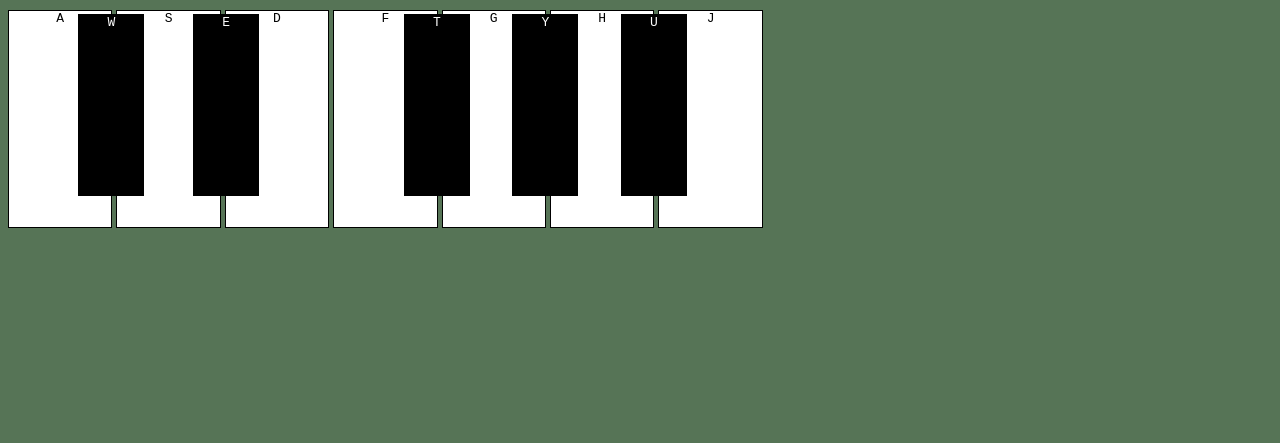
Repository: ctcoleman/Virtual-Piano
Page: index.html
The author's editor kept a copy of each file at every save. The page is drawn from the files as they stood at one save, then again after a run of saves.
The browser window is 1280 px wide. The pictures show the whole page.

Above is the page before, as saved 2020-07-20 09:14:55.

### index.html
<!DOCTYPE html>
<html>

<head>
    <meta charset="utf-8">
    <link type="text/css" rel="stylesheet" href="./index.css">
    <title>Chris's Keyboard Piano</title>
</head>

<body>
    <div class="container">
        <div class="white-keys">
            <kbd class="white-key" id="KeyA">A</kbd>
            <kbd class="white-key" id="KeyS">S</kbd>
            <kbd class="white-key" id="KeyD">D</kbd>
            <kbd class="white-key" id="KeyF">F</kbd>
            <kbd class="white-key" id="KeyG">G</kbd>
            <kbd class="white-key" id="KeyH">H</kbd>
            <kbd class="white-key" id="KeyJ">J</kbd>
        </div>
        <div class="black-keys">
            <kbd class="black-key" id="KeyW">W</kbd>
            <kbd class="black-key" id="KeyE">E</kbd>
            <kbd class="black-key" id="KeyT">T</kbd>
            <kbd class="black-key" id="KeyY">Y</kbd>
            <kbd class="black-key" id="KeyU">U</kbd>
        </div>
    </div>
    <script src="./index.js"></script>
</body>

</html>

### index.css
/*
=== Basic Styling ===
 */
html {
    background: rgba(1, 46, 1, 0.664);
    color: black;
    box-sizing: border-box;
}

/*
=== Keyboard Styling ===
*/
.keyboard-container {
    position: relative;
    width: 60vw;
    height: 30vh;
    margin: 35vh 15vw;
}
/*
=== White Keys Styling ===
*/
.white-key-container {
    margin: 15vh 15vw;
}
.white-key {
    display: inline-block;
    text-align: center;
    width: 8vw;
    height: 30vh;
    background: white;
    border: 1px solid black;
}
/*
=== Black Keys Styling ===
*/
.black-key-container {
    margin: 10vh 5vw;
}
.black-key {
    position: relative;
    z-index: 1;
    top: -30vh;
    text-align: center;
    display: inline-block;
    width: 5vw;
    height: 25vh;
    background: black;
    color: white;
    border: 1px solid black;
}
#KeyW {
    left: 5.5vw;
}
#KeyE {
    left: 9vw;
}
#KeyT {
    left: 20vw;
}
#KeyY {
    left: 23vw;
}
#KeyU {
    left: 26vw;
}

### index.js
const aKey = document.getElementById('KeyA')
const sKey = document.getElementById('KeyS')
const dKey = document.getElementById('KeyD')
const fKey = document.getElementById('KeyF')
const gKey = document.getElementById('KeyG')
const hKey = document.getElementById('KeyH')
const jKey = document.getElementById('KeyJ')
const wKey = document.getElementById('KeyW')
const eKey = document.getElementById('KeyE')
const tKey = document.getElementById('KeyT')
const yKey = document.getElementById('KeyY')
const uKey = document.getElementById('KeyU')






const keys = [aKey, sKey, dKey, fKey, gKey, hKey, jKey, wKey, eKey, tKey, yKey, uKey]
console.log(keys)
document.addEventListener('keypress', (keyPressed) => {
    const key = keyPressed.code
    switch (key) {
        case keys[0].id:
            new Audio('./keys/A.mp3').play()
            break
        case keys[1].id:
            new Audio('./keys/S.mp3').play()
            break
        case keys[2].id:
            new Audio('./keys/D.mp3').play()
            break
        case keys[3].id:
            new Audio('./keys/F.mp3').play()
            break
        case keys[4].id:
            new Audio('./keys/G.mp3').play()
            break
        case keys[5].id:
            new Audio('./keys/H.mp3').play()
            break
        case keys[6].id:
            new Audio('./keys/J.mp3').play()
            break
        case keys[7].id:
            new Audio('./keys/W.mp3').play()
            break
        case keys[8].id:
            new Audio('./keys/E.mp3').play()
            break
        case keys[9].id:
            new Audio('./keys/T.mp3').play()
            break
        case keys[10].id:
            new Audio('./keys/Y.mp3').play()
            break
        case keys[11].id:
            new Audio('./keys/U.mp3').play()
            break
        default:
            console.log('Invalid Key Press')
    }
})

After the next 2 saves:
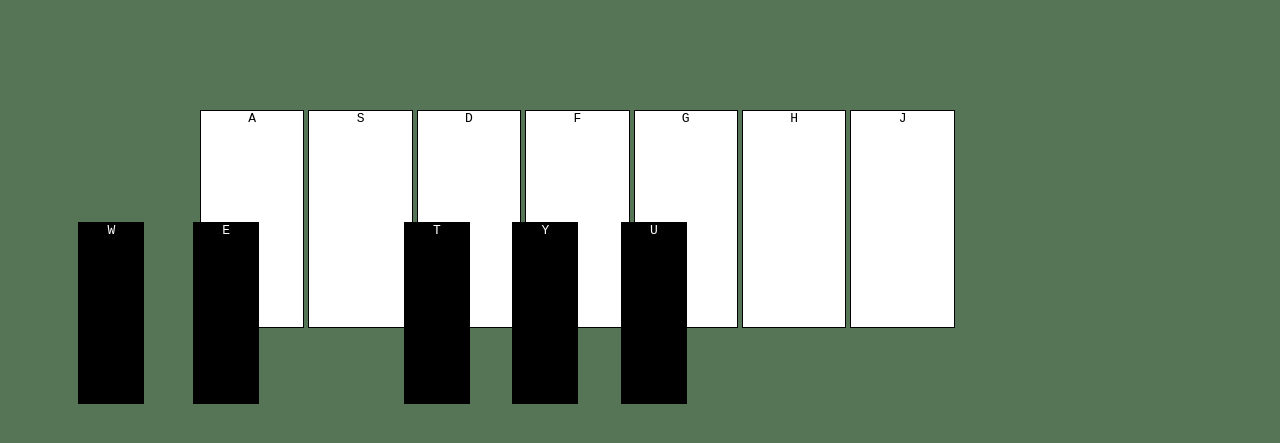
The 2 saves are shown as one change because they came seconds apart.
The last was saved 7 s later.
--- a/index.css
+++ b/index.css
@@ -19,7 +19,7 @@ html {
 /*
 === White Keys Styling ===
 */
-.white-key-container {
+.white-keys {
     margin: 15vh 15vw;
 }
 .white-key {
